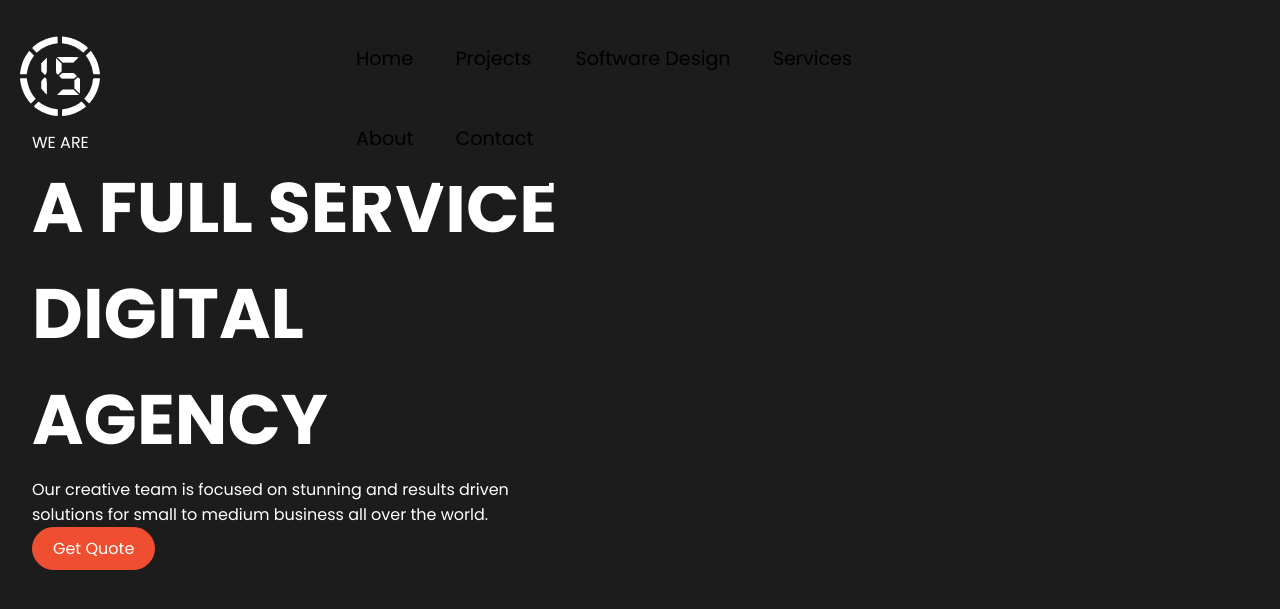
Repository: gopalpurohit54/one5
Page: /
The author's editor kept a copy of each file at every save. The page is drawn from the files as they stood at one save, then again after the next save.
The browser window is 1280 px wide. The pictures show the whole page.
The project was rebuilt for these pictures with package versions that can differ from the ones it lists, and the page was loaded fresh each time.

Above is the page before, as saved 2021-06-11 14:40:52.

After the next save:
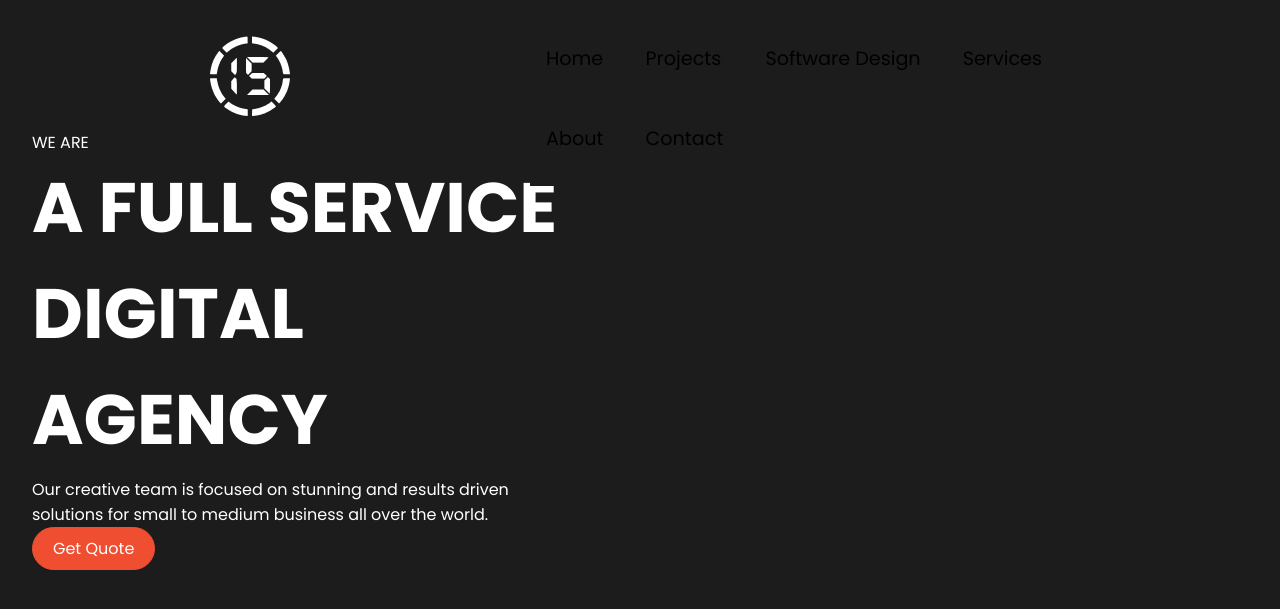
Saved 12 s later.
--- a/src/components/navbar.css
+++ b/src/components/navbar.css
@@ -6,7 +6,7 @@
     background: transparent;
     height: 80px;
     display: flex;
-    justify-content: flex-start;
+    justify-content: center;
     font-size: 1.2rem;
     position: sticky;
     top: 5%;

After the save that followed:
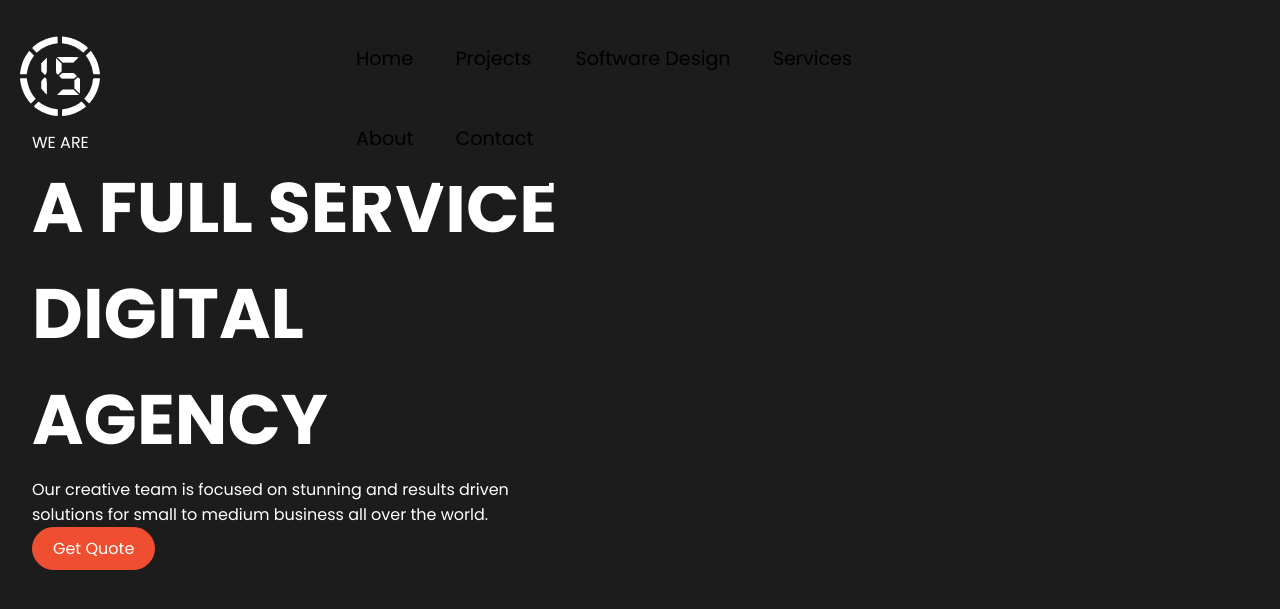
Saved 18 s later.
--- a/src/components/navbar.css
+++ b/src/components/navbar.css
@@ -6,7 +6,7 @@
     background: transparent;
     height: 80px;
     display: flex;
-    justify-content: center;
+    justify-content: flex-start;
     font-size: 1.2rem;
     position: sticky;
     top: 5%;
